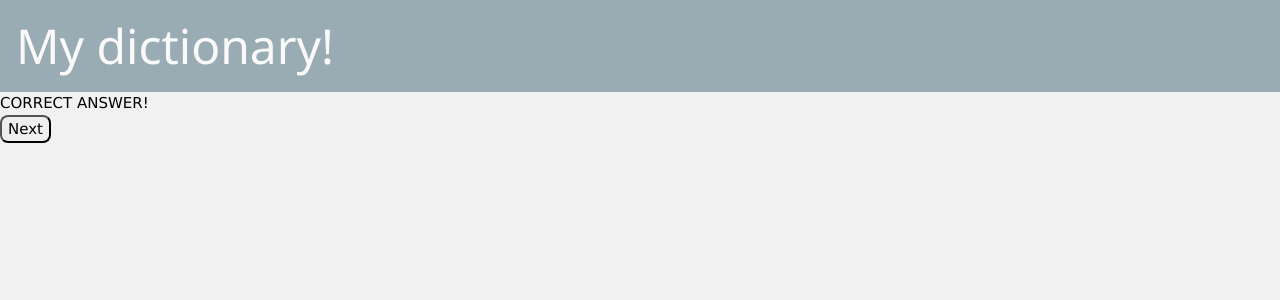
Repository: OleksandrDoskaliukKN313/IIC
Page: http://localhost/WebDictionary/correctAnswer.jsp
An editor plug-in stored every save of this project. The page is shown before and after the next save, followed by the edit.
The browser window is 1280 px wide. The pictures show the whole page.
The page is served by Tomcat 9. Other server files are loaded and not shown.

Above is the page before, as saved 2020-10-12 10:28:50.

### WebDictionary/WebContent/correctAnswer.jsp
<%@ page language="java" contentType="text/html; charset=utf-8"
    pageEncoding="UTF-8"%>
<!DOCTYPE html>
<html>
<head>
<meta charset="UTF-8">
<title>Correct Answer</title>
<link rel="stylesheet" href="w3.css">
</head>
<body class="w3-light-grey">
<div class="w3-container w3-blue-grey w3-opacity w3-left-align 	">
        <h1 class = "w3-xxxlarge">My dictionary!</h1>
    </div>
CORRECT ANSWER!
<form action="/WebDictionary/en_ua">
    <input class=" w3-hover-green w3-round-large"type="submit" value="Next" />
</form>
</body>
</html>

Loaded but not shown: WebDictionary/WebContent/w3.css (library)

After the next save:
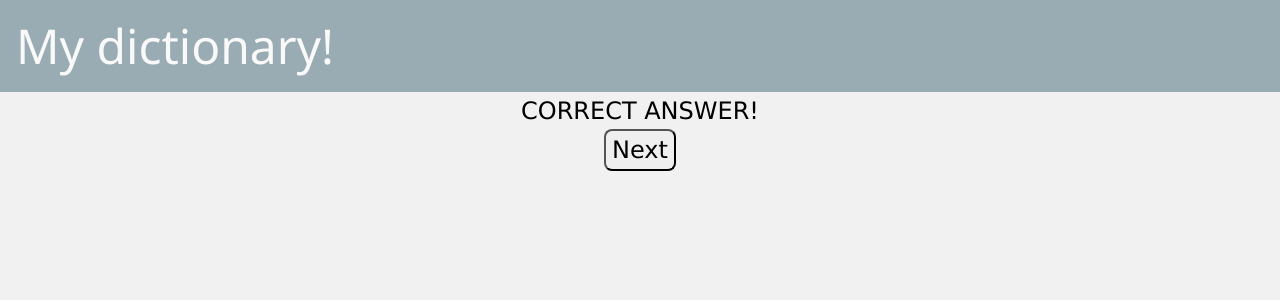
Saved 60 s later.
--- a/WebDictionary/WebContent/correctAnswer.jsp
+++ b/WebDictionary/WebContent/correctAnswer.jsp
@@ -11,9 +11,11 @@
 <div class="w3-container w3-blue-grey w3-opacity w3-left-align 	">
         <h1 class = "w3-xxxlarge">My dictionary!</h1>
     </div>
+    <div class = "w3-xlarge w3-container w3-center">
 CORRECT ANSWER!
 <form action="/WebDictionary/en_ua">
     <input class=" w3-hover-green w3-round-large"type="submit" value="Next" />
 </form>
+</div>
 </body>
 </html>
